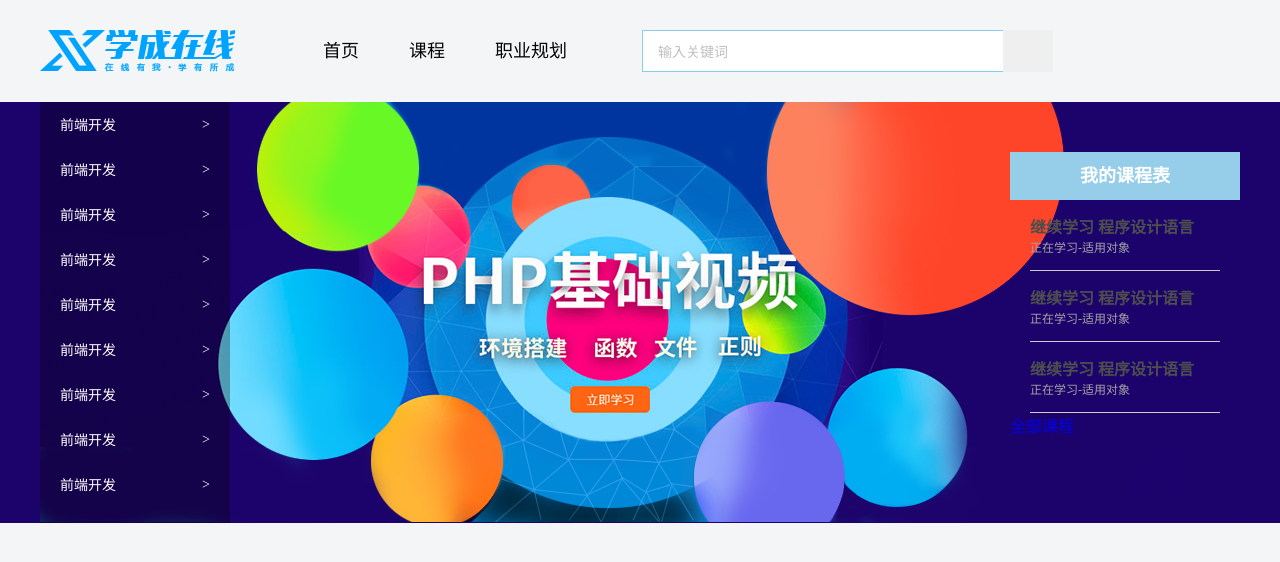
Repository: R1Deemo/Web-Project
Page: index..html
The author's editor kept a copy of each file at every save. The page is drawn from the files as they stood at one save, then again after the next save.
The browser window is 1280 px wide. The pictures show the whole page.

Above is the page before, as saved 2022-03-09 18:48:49.

After the next save:
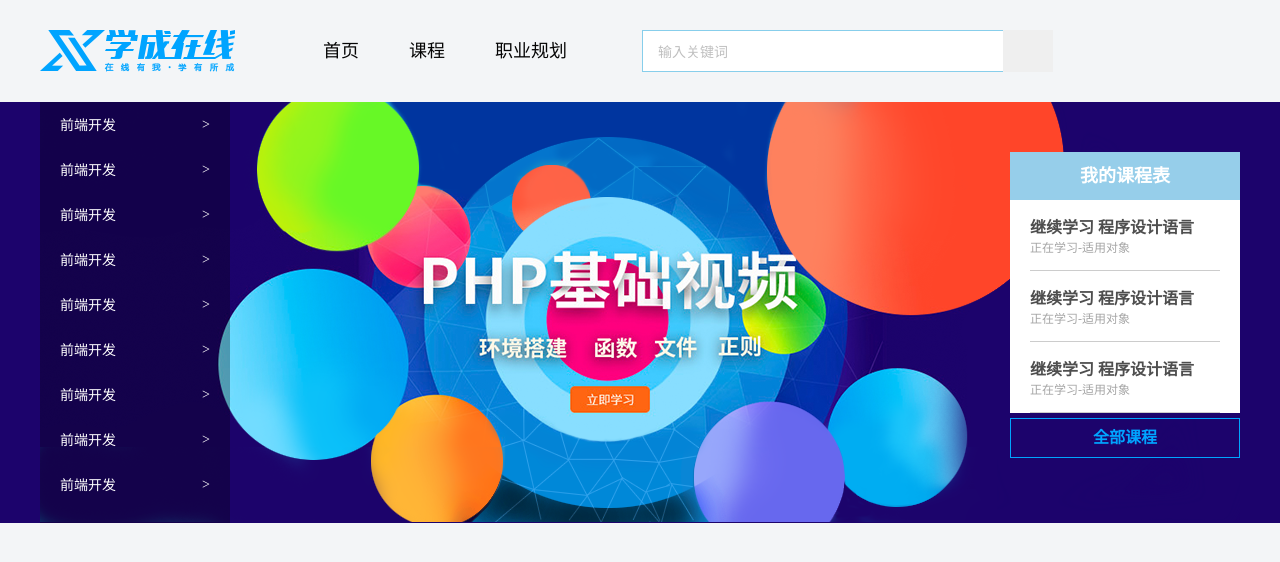
Saved 36 s later.
--- a/style.css
+++ b/style.css
@@ -136,7 +136,7 @@
 
 .bd {
     padding: 0 20px;
-    /* background-color: white; */
+    background-color: white;
 }
 
 .bd ul li h4 {
@@ -154,7 +154,7 @@
     padding: 14px 0;
 }
 
-.bd .more {
+.course .more {
     display: block;
     height: 38px;
     border: 1px solid #00a4ff;
